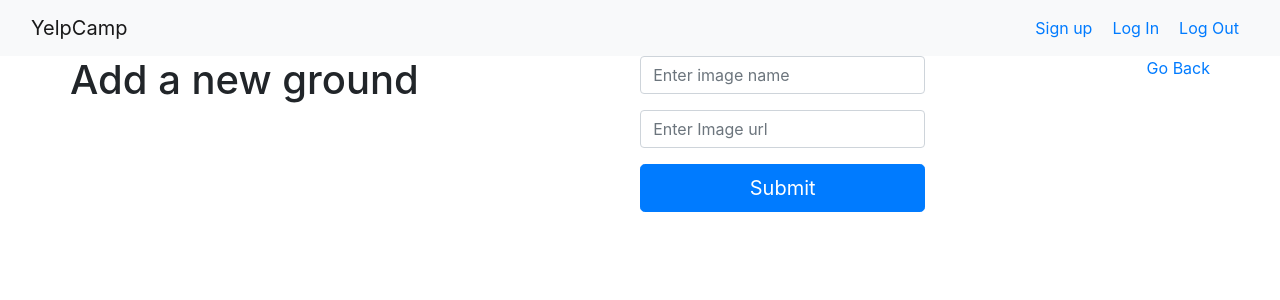
Repository: N-Verma/Webdev-Backend-
Page: http://localhost/campgrounds/new
The author's editor kept a record of every edit. The page is drawn from the files as they stood at one moment, then again after the next edit.
The browser window is 1280 px wide. The pictures show the whole page.
The page is served by the project's Node server (YelpCamp/v2/app.js).

Above is the page before.

### Web dev (backend)/environment/YelpCamp/v2/views/new.ejs
<%include partials/header%>
<div class="container">
    <div class="row">
        <h1>Add a new ground</h1>
        <div style = "width:25%; margin:0 auto;">
            <form action="/campgrounds" method="POST">

                <div class="form-group">
                    <input class="form-control"type="text" name="name" placeholder="Enter image name">
                </div>
                <div class="form-group">
                    <input class="form-control"type="text" name="img" placeholder="Enter Image url">
                </div>
                <div class="form-group">
                    <button class="btn btn-lg btn-primary btn-block">Submit</button>
                </div>

            </form>
        </div>
        <a href="/campgrounds"><buttonclass="btn btn-primary">Go Back</button></a>
    </div>
</div>

<%include partials/footer%>

### Web dev (backend)/environment/YelpCamp/v2/views/partials/header.ejs
 <!DOCTYPE html>
 <html>
     <head>
         <title>YelpCamp</title>
         <link href="https://stackpath.bootstrapcdn.com/bootstrap/4.3.1/css/bootstrap.min.css" rel="stylesheet">
         <style>
             .navbar-nav > li{
                  padding-left:10px;
                  padding-right:10px;
            }
            image{
                margin-left:20px;
                margin-right:20px;
            }
         </style>
    </head>
    <body>
    <nav class="navbar navbar-expand-lg navbar-light bg-light">
        <div class="container-fluid">
            <div class="navbar-header">
                <a class="navbar-brand" href="/">YelpCamp</a>
            </div>
            <div class="collapse navbar-collapse">
                <ul class="nav navbar-nav ml-auto">
                    <li><a href="/">Sign up</a></li>
                    <li><a href="/">Log In</a></li>
                    <li><a href="/">Log Out</a></li>
                </ul>
            </div>
        </div>
    </nav>

### Web dev (backend)/environment/YelpCamp/v2/views/partials/footer.ejs

    </body>
 </html>

### Web dev (backend)/environment/YelpCamp/v2/app.js
var express = require("express");
var app  = express();
var bodyParser = require("body-parser");
var mongoose = require("mongoose");

mongoose.connect('mongodb://localhost:27017/yourDatabase', { useNewUrlParser: true });


//schema setup
var campgroundSchema = new mongoose.Schema({
    name: String,
    image: String,
    description: String
});

var Campground = mongoose.model("Campground", campgroundSchema);

//Campground.create(
//    {
//        name: "LongCamp",
//        image:"https://s-ec.bstatic.com/images/hotel/max1024x768/121/121021906.jpg",
//        description:"This is a very long camp, stretching miles across the ocean. It has zero contact with the outside world"
//    },
//    function(err,campground){
//        if(err){
//            console.log(err);
//        } else{
//            console.log(campground);
//        }
//    }
//
//);


app.use(bodyParser.urlencoded({extended: true}));
app.set("view engine","ejs");

app.get("/", function(req,res){
   res.render("landing");
});

app.get("/campgrounds", function(req,res){
    Campground.find({},function(err, allCampgrounds){
        if(err){
            console.log(err);
        } else{
            res.render("index",{campgrounds: allCampgrounds});
        }
    });

});

app.get("/campgrounds/new",function(req, res) {
   res.render("new");
});

app.post("/campgrounds",function(req,res){
    var name = req.body.name;
    var image = req.body.img;
    var desc = req.body.description;
    var newCampground = {name:name, image:image, description:desc};
    Campground.create(newCampground,function(err,newlycreated){
        if(err){
            console.log(err);
        } else{
            res.redirect("/campgrounds");
        }
    })
});

app.get("/campgrounds/:id", function(req, res) {
    Campground.findById(req.params.id, function(err,foundCampground){
        if(err){
            console.log(err)
        } else{
            res.render("show", {campground: foundCampground});
        }
    });

})

app.listen(process.env.PORT,process.env.IP, function(){
   console.log("Yelpcamp started");
});

After the next edit:
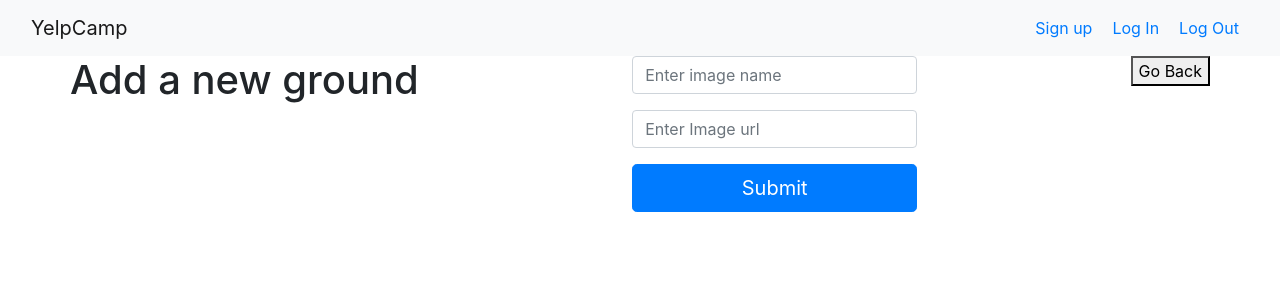
The edit:
--- a/Web dev (backend)/environment/YelpCamp/v2/views/new.ejs
+++ b/Web dev (backend)/environment/YelpCamp/v2/views/new.ejs
@@ -17,7 +17,7 @@
 
             </form>
         </div>
-        <a href="/campgrounds"><buttonclass="btn btn-primary">Go Back</button></a>
+        <a href="/campgrounds"><button>Go Back</button></a>
     </div>
 </div>
 
